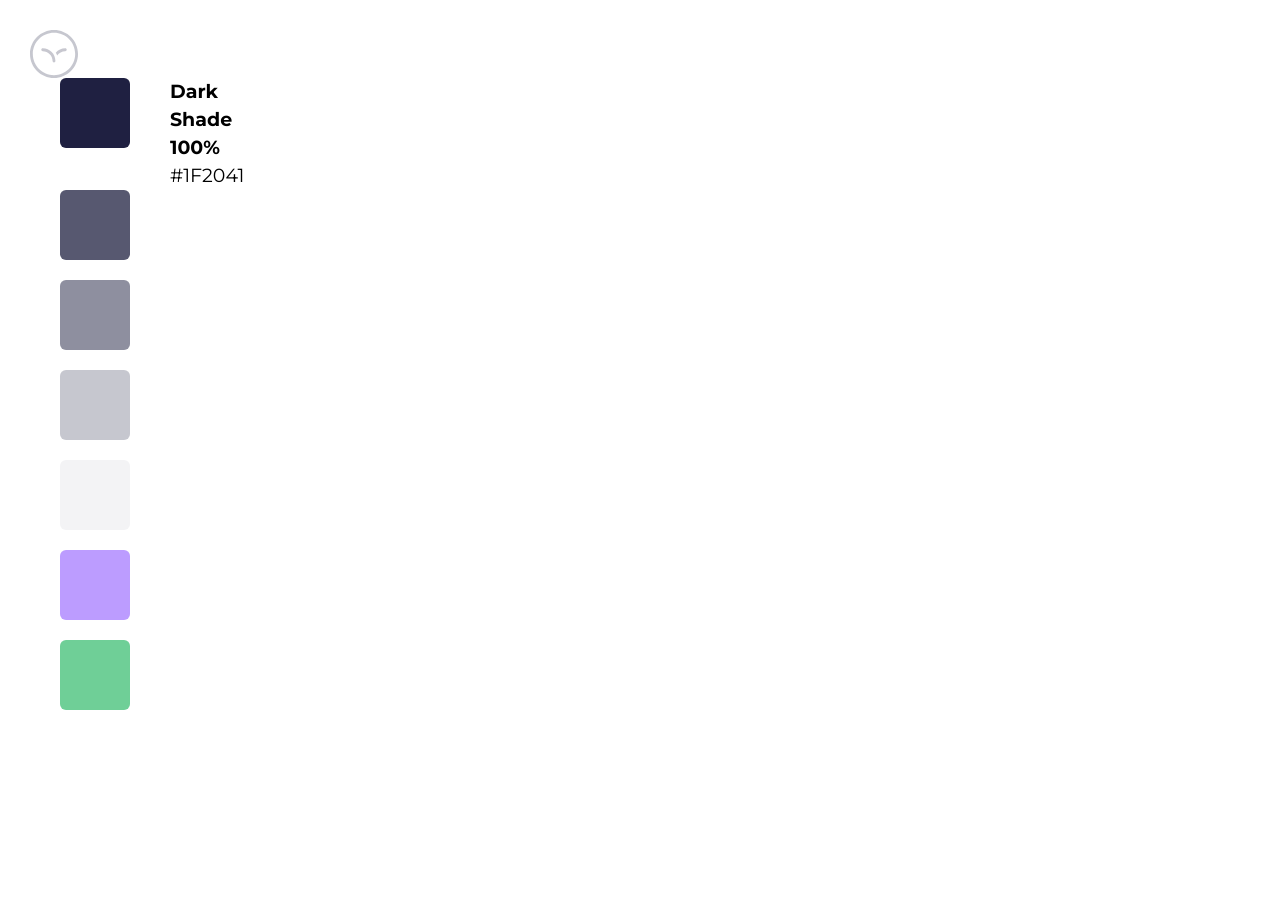
Repository: Inzhir2022/quatrain
Page: ui/index.html
These files come from the project's save history. The page is drawn as it stood at one moment and after the next save; the edit follows.
The browser window is 1280 px wide. The pictures show the whole page.

Above is the page before, as saved 2022-07-23 09:21:19.

After the next save:
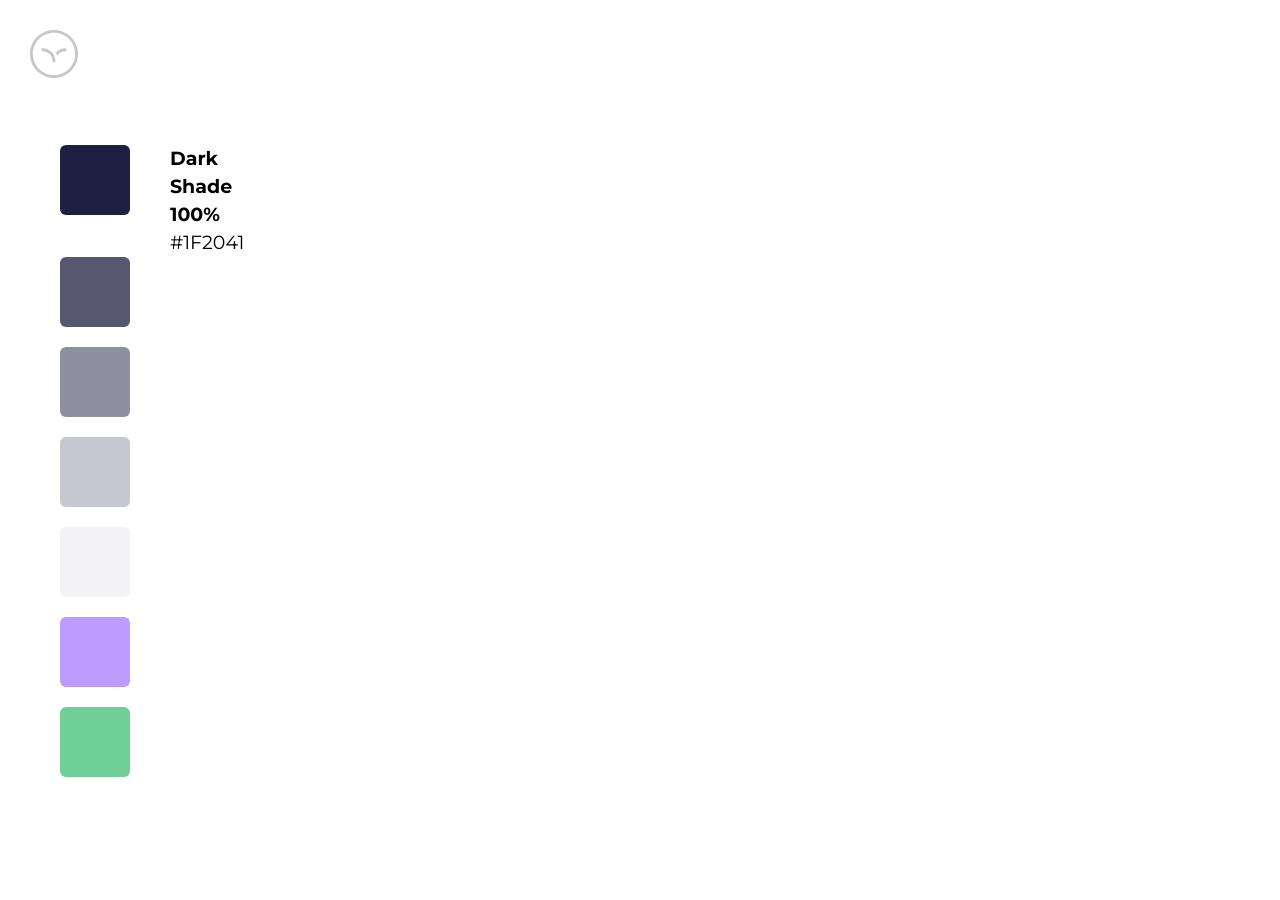
Saved 58 s later.
--- a/ui/style.css
+++ b/ui/style.css
@@ -25,7 +25,7 @@
 }
 
 .colorsAndTypes .container {
-  grid-template-rows: 78px 1fr;
+  grid-template-rows: 145px 1fr;
 }
 
 .colorsAndTypes__logo {
